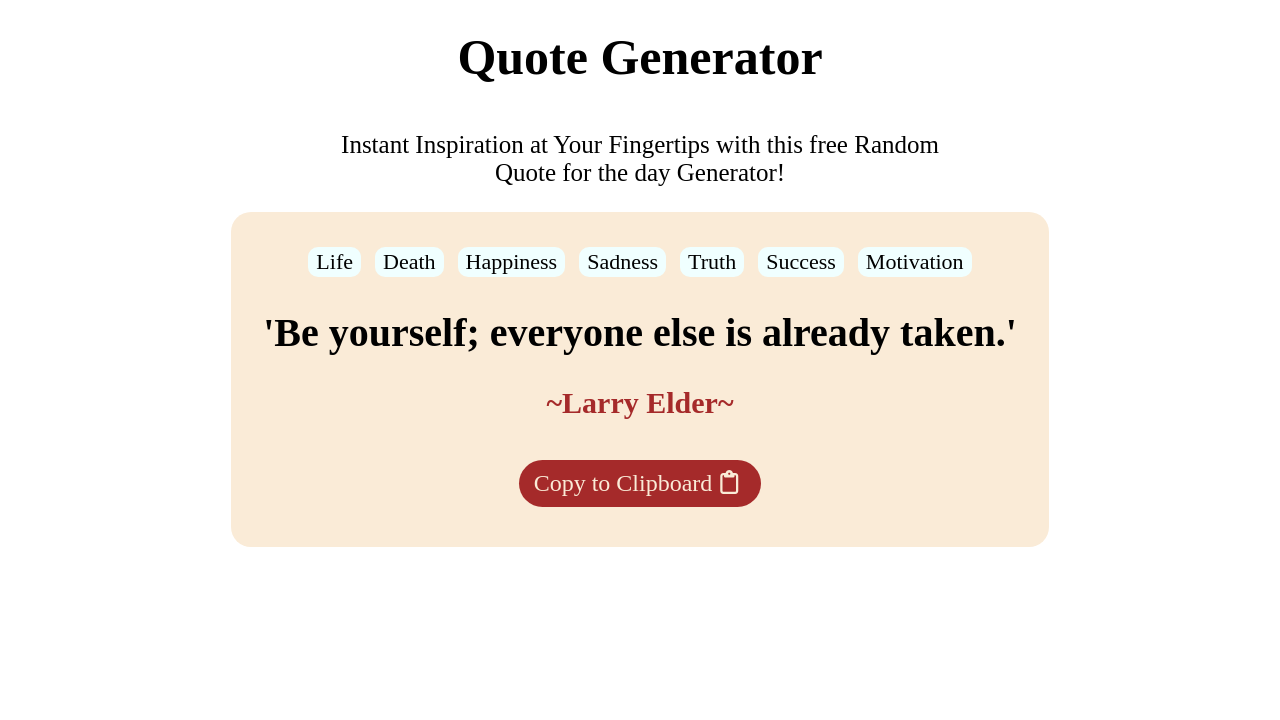
Repository: moehaymanmyint/Random-Quote-Generator
Page: index.html
The author's editor kept a copy of each file at every save. The page is drawn from the files as they stood at one save, then again after the next save.
The browser window is 1280 px wide. The pictures show the whole page.
Some web fonts or font styles are not loaded; a fallback is used. Some web libraries are served in a nearby version.

Above is the page before, as saved 2024-11-07 23:11:16.

### index.html
<!DOCTYPE html>
<html lang="en">
<head>
    <meta charset="UTF-8">
    <meta name="viewport" content="width=device-width, initial-scale=1.0">
    <title>Quote Generator</title>
    <link rel="stylesheet" href="style.css">
    <!-- Font Awesome Link -->
    <link rel="stylesheet" href="https://cdnjs.cloudflare.com/ajax/libs/font-awesome/6.6.0/css/all.min.css" integrity="sha512-Kc323vGBEqzTmouAECnVceyQqyqdsSiqLQISBL29aUW4U/M7pSPA/gEUZQqv1cwx4OnYxTxve5UMg5GT6L4JJg==" crossorigin="anonymous" referrerpolicy="no-referrer" />
</head>
<body>
    <div class="container">
        <h1 class="title">Quote Generator</h1>
        <p class="description">Instant Inspiration at Your Fingertips with this free Random Quote for the day Generator!</p>
        <div class="quote-box">
            <div class="category">
                <input type="button" value="Life">
                <input type="button" value="Death">
                <input type="button" value="Happiness">
                <input type="button" value="Sadness">
                <input type="button" value="Truth">
                <input type="button" value="Success">
                <input type="button" value="Motivation">
            </div>
            <div class="quotes">
                <h1 class="quote">'Be yourself; everyone else is already taken.'</h1>
                <p class="author">~Larry Elder~</p>
            </div>
            <div class="btn">
                <button class="copy-btn">Copy to Clipboard<i class="fa-regular fa-clipboard"></i></button>
            </div>
        </div>
    </div>
</body>
<script src="app.js"></script>
</html>

### style.css
@import url('https://fonts.googleapis.com/css2?family=Playwrite+GB+S:ital,wght@0,100..400;1,100..400&display=swap');

.container{
    font-family: "Playwrite GB S", cursive;
    display: flex;
    flex-direction: column;
    align-items: center;
}
.title{
    font-size: 50px;
    margin: 20px;
}
.description{
    font-size: 25px;
    width: 50%;
    text-align: center;
}
.container .quote{
    text-align: center;
    font-size: 40px;
}

.container .author{
    font-size: 30px;
    color: brown;
    text-align: center;
    font-weight: bold;
}

.quote-box{
    background-color: antiquewhite;
    padding: 30px;
    display: flex;
    flex-direction: column;
    align-items: center;
    border-radius: 20px;
    width: 60%;
}

.copy-btn{
    padding: 10px 15px;
    border: none;
    border-radius: 40px;
    background-color: brown;
    color: antiquewhite;
    margin: 10px;
    cursor: pointer;
    font-size: 24px;
    font-family: "Playwrite GB S", cursive;
}

i{
    padding: 0 8px;
}

input{
    background-color: azure;
    border: none;
    border-radius: 10px;
    padding: 2px 8px;
    font-size: 22px;
    margin: 5px;
    cursor: pointer;
    font-family: "Playwrite GB S", cursive;
}

### app.js
let quotes = {
    Life: [
        { quote: "Life is what happens when you're busy making other plans.", author: "John Lennon" },
        { quote: "Get busy living or get busy dying.", author: "Stephen King" },
        { quote: "You only live once, but if you do it right, once is enough.", author: "Mae West" },
        { quote: "Life is really simple, but we insist on making it complicated.", author: "Confucius" },
        { quote: "In the end, it’s not the years in your life that count. It’s the life in your years.", author: "Abraham Lincoln" },
    ],
    Death: [
        { quote: "Death is not the opposite of life, but a part of it.", author: "Haruki Murakami" },
        { quote: "To the well-organized mind, death is but the next great adventure.", author: "J.K. Rowling" },
        { quote: "The life of the dead is placed in the memory of the living.", author: "Marcus Tullius Cicero" },
        { quote: "Our dead are never dead to us, until we have forgotten them.", author: "George Eliot" },
        { quote: "Death may be the greatest of all human blessings.", author: "Socrates" },
    ],
    Happiness: [
        { quote: "Happiness is not something ready-made. It comes from your own actions.", author: "Dalai Lama" },
        { quote: "For every minute you are angry, you lose sixty seconds of happiness.", author: "Ralph Waldo Emerson" },
        { quote: "Happiness depends upon ourselves.", author: "Aristotle" },
        { quote: "Happiness is not by chance, but by choice.", author: "Jim Rohn" },
        { quote: "The purpose of our lives is to be happy.", author: "Dalai Lama" },
    ],
    Sadness: [
        { quote: "Tears come from the heart and not from the brain.", author: "Leonardo da Vinci" },
        { quote: "Sadness flies away on the wings of time.", author: "Jean de La Fontaine" },
        { quote: "The word 'happiness' would lose its meaning if it were not balanced by sadness.", author: "Carl Jung" },
        { quote: "Every human walks around with a certain kind of sadness.", author: "Henri Nouwen" },
        { quote: "Even a happy life cannot be without a measure of darkness.", author: "Carl Jung" },
    ],
    Truth: [
        { quote: "In a time of deceit, telling the truth is a revolutionary act.", author: "George Orwell" },
        { quote: "If you tell the truth, you don't have to remember anything.", author: "Mark Twain" },
        { quote: "Three things cannot be long hidden: the sun, the moon, and the truth.", author: "Buddha" },
        { quote: "The truth will set you free, but first it will make you miserable.", author: "James A. Garfield" },
        { quote: "Honesty is the first chapter in the book of wisdom.", author: "Thomas Jefferson" },
    ],
    Success: [
        { quote: "Success is not final, failure is not fatal: It is the courage to continue that counts.", author: "Winston Churchill" },
        { quote: "Success usually comes to those who are too busy to be looking for it.", author: "Henry David Thoreau" },
        { quote: "The way to get started is to quit talking and begin doing.", author: "Walt Disney" },
        { quote: "Don’t be afraid to give up the good to go for the great.", author: "John D. Rockefeller" },
        { quote: "Success is walking from failure to failure with no loss of enthusiasm.", author: "Winston Churchill" },
    ],
    Motivation: [
        { quote: "The only way to do great work is to love what you do.", author: "Steve Jobs" },
        { quote: "The future belongs to those who believe in the beauty of their dreams.", author: "Eleanor Roosevelt" },
        { quote: "Don’t watch the clock; do what it does. Keep going.", author: "Sam Levenson" },
        { quote: "Believe you can and you’re halfway there.", author: "Theodore Roosevelt" },
        { quote: "Start where you are. Use what you have. Do what you can.", author: "Arthur Ashe" },
    ]
};

let quote = document.querySelector(".quote");
let author = document.querySelector(".author");
let category = document.querySelectorAll(".category input");
let copyBtn = document.querySelector(".copy-btn");

category.forEach(input => {
    input.addEventListener("click", () => {
        let userCategory = input.value;
        let quoteArr = quotes[userCategory];
        let randomQuote = quoteArr[Math.floor(Math.random() * quoteArr.length)];
        console.log(randomQuote);

        quote.innerHTML = "'" + randomQuote.quote + "'";
        author.innerHTML = "~" + randomQuote.author + "~";
    })
});

function copyClipboard() {
    let quoteText = quote.innerHTML;
    navigator.clipboard.writeText(quoteText)
        .then(() => {
            alert("Quote copied to clipboard!");
        })
        .catch(err => {
            console.error("Failed to copy: ", err);
        });
}

copyBtn.addEventListener("click", copyClipboard);

After the next save:
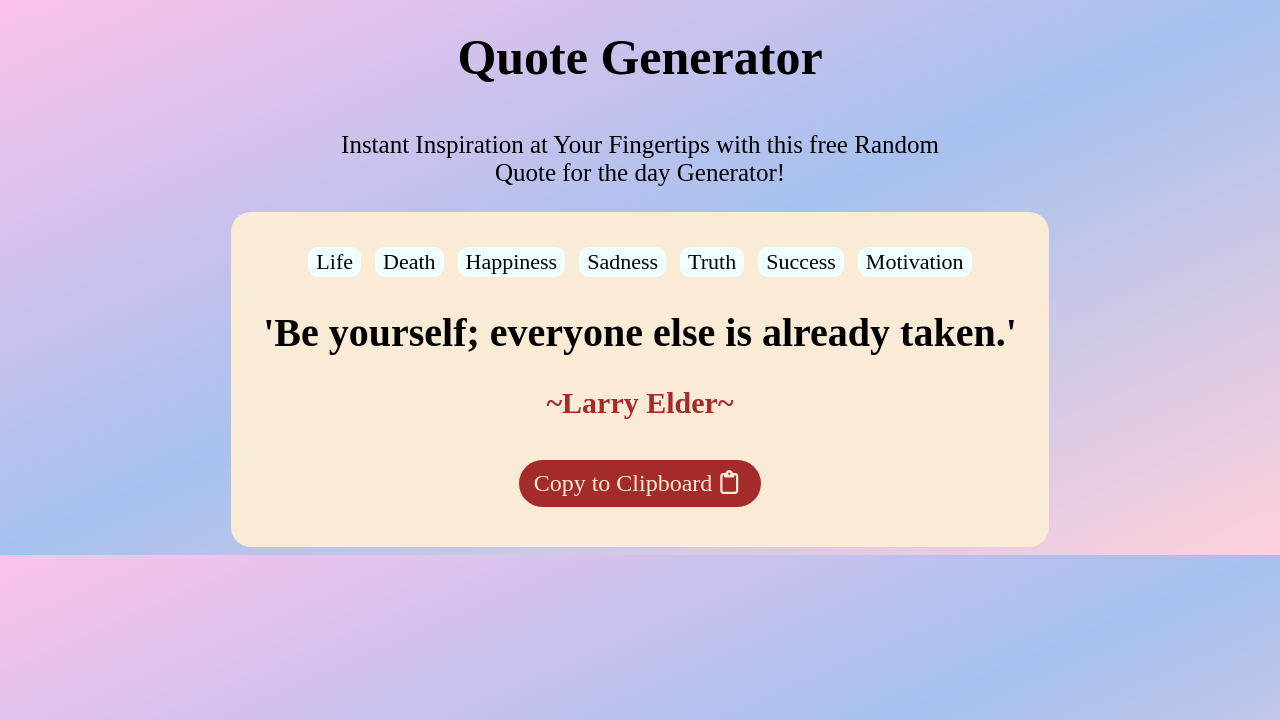
Saved 2 min 29 s later.
--- a/style.css
+++ b/style.css
@@ -1,5 +1,9 @@
 @import url('https://fonts.googleapis.com/css2?family=Playwrite+GB+S:ital,wght@0,100..400;1,100..400&display=swap');
 
+body{
+    background: linear-gradient(to bottom right, #fbc2eb, #a6c1ee, #ffd1dc);
+
+}
 .container{
     font-family: "Playwrite GB S", cursive;
     display: flex;
